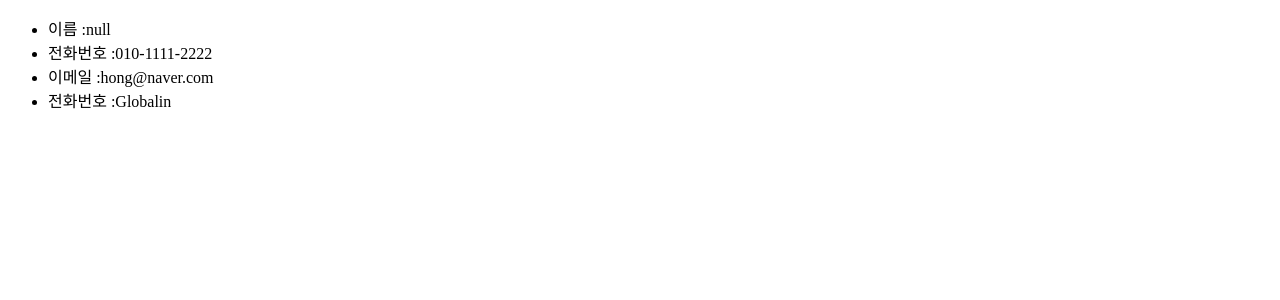
Repository: sgnq008-tech/JSP
Page: http://localhost/WebProject/implicit/attrEx.jsp
An editor plug-in stored every save of this project. The page is shown before and after the next save, followed by the edit.
The browser window is 1280 px wide. The pictures show the whole page.
The page is served by Tomcat 9.

Above is the page before, as saved 2026-09-11 02:12:26.

After the next save:
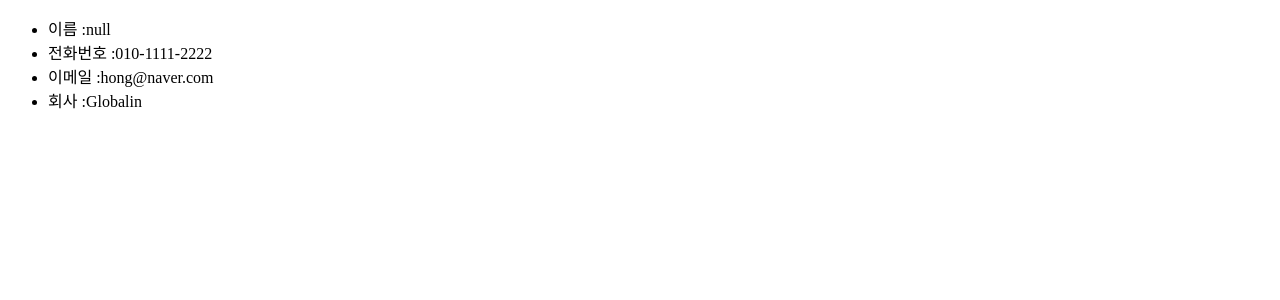
Saved 17 s later.
--- a/jsp_workspace/WebProject/src/main/webapp/implicit/attrEx.jsp
+++ b/jsp_workspace/WebProject/src/main/webapp/implicit/attrEx.jsp
@@ -65,7 +65,7 @@
       <li>이름 :<%=pageContext.getAttribute("pageAttribute") %></li>
       <li>전화번호 :<%=request.getAttribute("requestAttribute") %></li>
       <li>이메일 :<%=session.getAttribute("sessionAttribute") %></li>
-      <li>전화번호 :<%=application.getAttribute("applicationAttribute") %></li>
+      <li>회사 :<%=application.getAttribute("applicationAttribute") %></li>
 
 </ul>
 </html>
